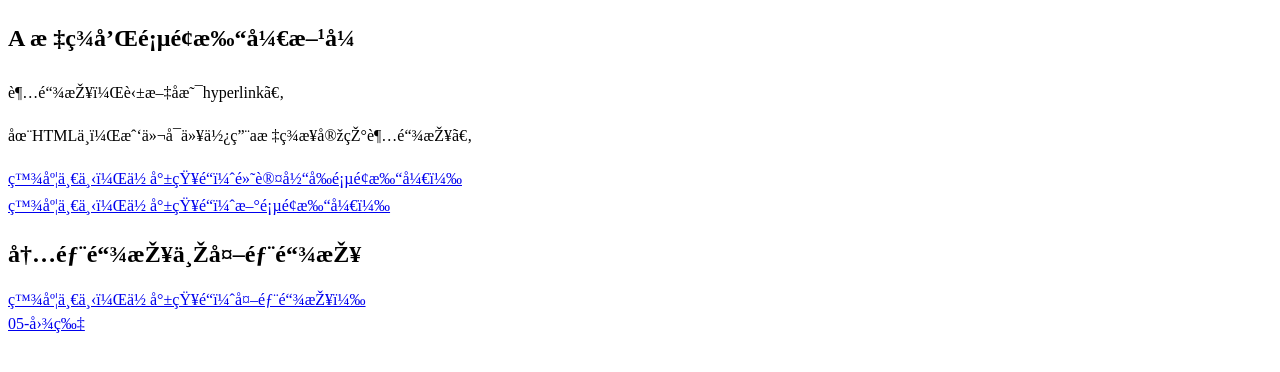
Repository: liang-n/front-end-basics
Page: 08-超链接.html
An editor plug-in stored every save of this project. The page is shown before and after the next save, followed by the edit.
The browser window is 1280 px wide. The pictures show the whole page.

Above is the page before, as saved 2022-05-15 13:18:43.

After the next save:
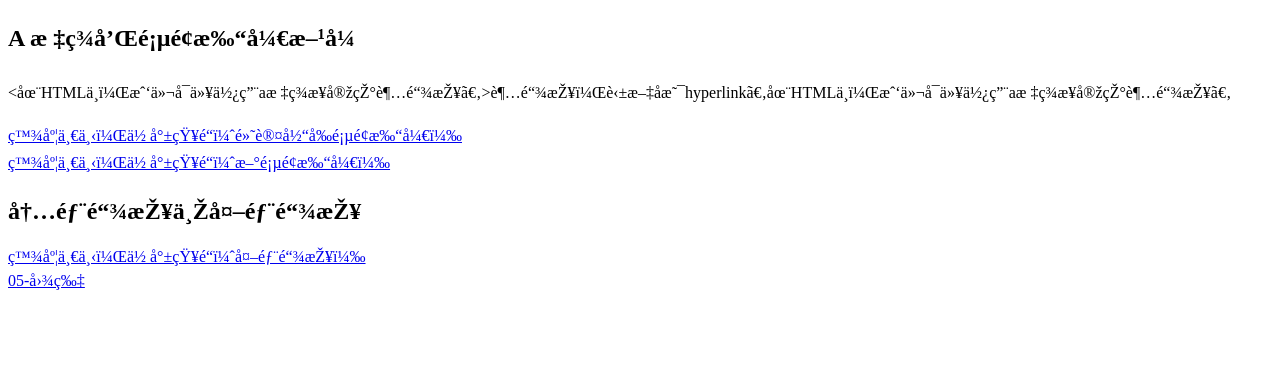
Saved 17 s later.
--- a/08-超链接.html
+++ b/08-超链接.html
@@ -9,11 +9,10 @@
 <body>
     <div>
         <h2>A 标签和页面打开方式</h2>
-        <p>超链接，英文名是hyperlink。</p>
-        <p>在HTML中，我们可以使用a标签来实现超链接。</p>
-        <a href="https://www.baidu.coom/">百度一下，你就知道（默认当前页面打开）</a>
-        <br>
-        <a href="https://www.baidu.coom/" target="_blank">百度一下，你就知道（新页面打开）</a>
+        <在HTML中，我们可以使用a标签来实现超链接。>超链接，英文名是hyperlink。在HTML中，我们可以使用a标签来实现超链接。</p>
+            <a href="https://www.baidu.coom/">百度一下，你就知道（默认当前页面打开）</a>
+            <br>
+            <a href="https://www.baidu.coom/" target="_blank">百度一下，你就知道（新页面打开）</a>
     </div>
     <h2>内部链接与外部链接</h2>
     <a href="http://www.baidu.com/" target="_blank">百度一下，你就知道（外部链接）</a>
